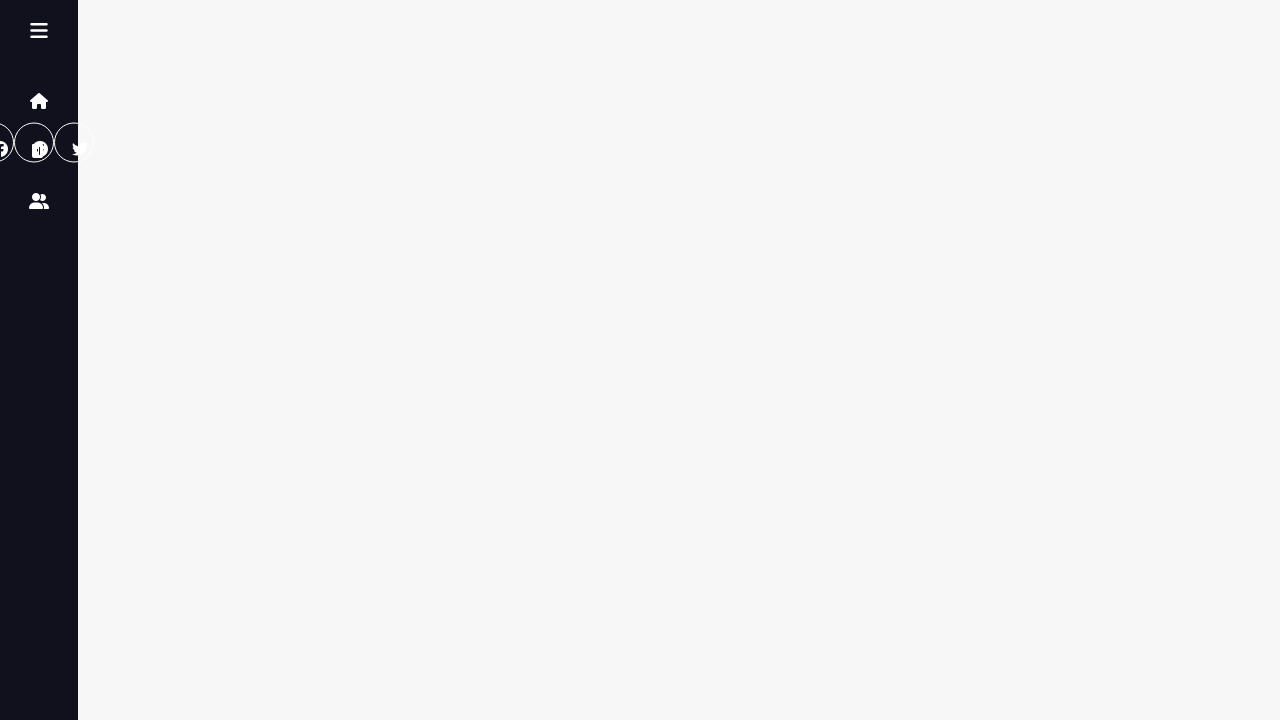
Repository: Nic98/MilkTeaWebsite
Page: mywebsite.html
An editor plug-in stored every save of this project. The page is shown before and after a run of saves, followed by the edit.
The browser window is 1280 px wide. The pictures show the whole page.
Some web libraries are served in a nearby version.

Above is the page before, as saved 2024-05-28 23:10:09.

After the next 2 saves:
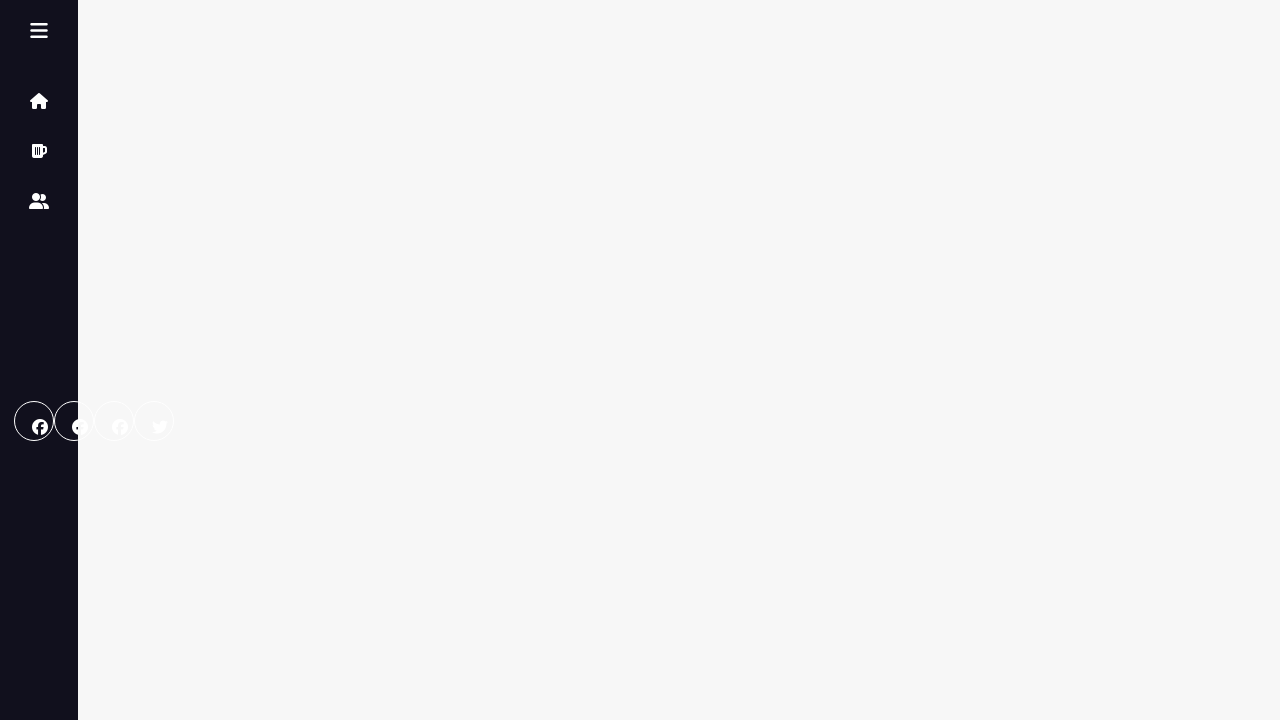
The 2 saves are shown as one change because they came seconds apart.
The last was saved 7 s later.
--- a/mywebsite.css
+++ b/mywebsite.css
@@ -264,9 +264,8 @@ body {
 
 .contact_list {
   display: flex;
-  position: absolute;
-  transform: translate(-50%, -50%);
   padding-top: 250%;
+  position: relative;
   top: 30px;
   padding-inline-start: 0%;
   list-style-type: none;
